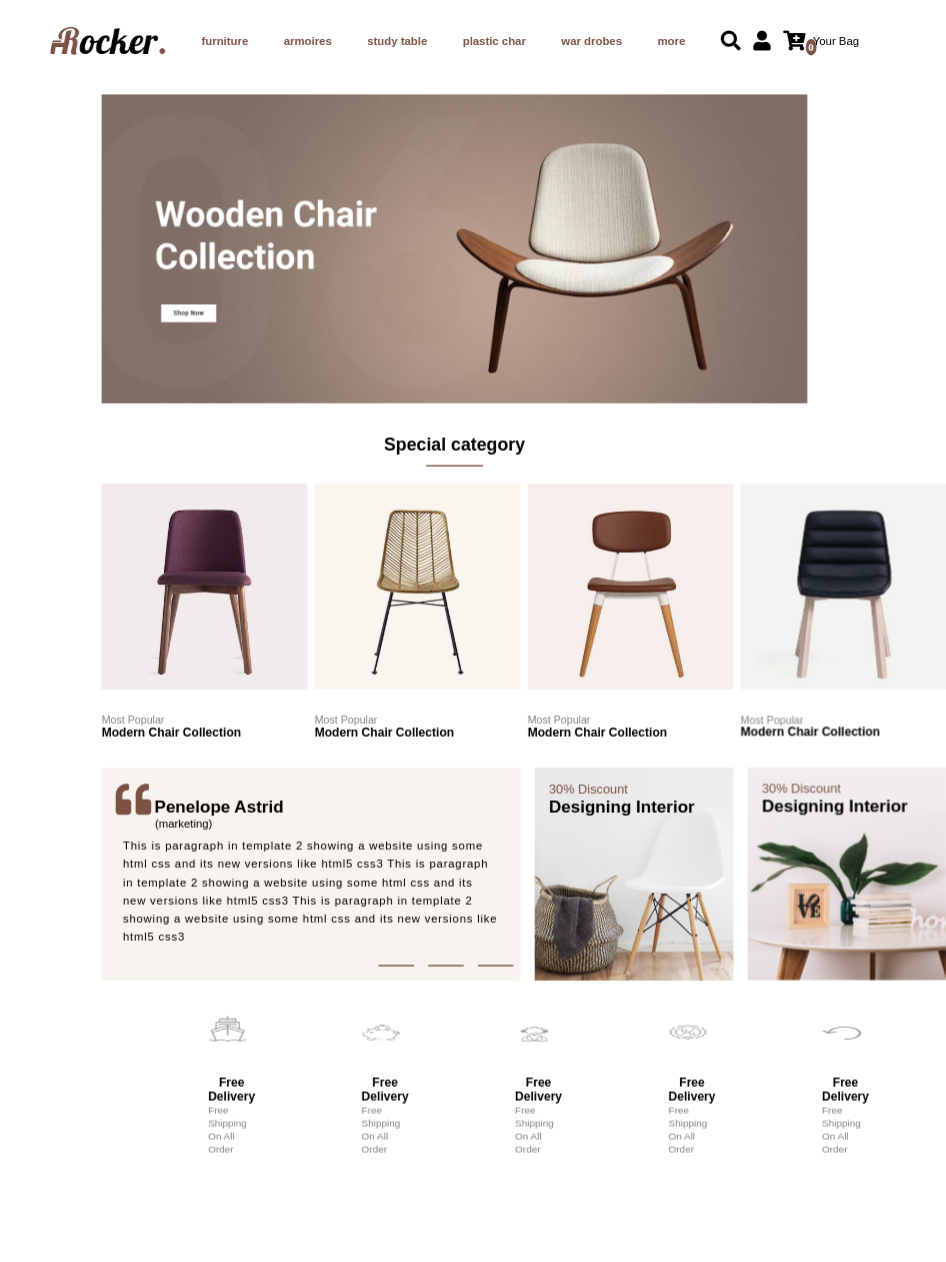
Repository: Ahmed123rezk123/p2-template
Page: index.html
The author's editor kept a copy of each file at every save. The page is drawn from the files as they stood at one save, then again after the next save.
The browser window is 1280 px wide. The page is 1333 px wide, so the pictures cover 1333 px, including what lies to the right of the window. The pictures show the whole page, at 71% of full size.

Above is the page before, as saved 2024-01-24 22:37:38.

### index.html
<!DOCTYPE html>
<html lang="en">
<head>
   <meta charset="UTF-8">
    <title>Project2</title>
  <link rel="stylesheet" href="css/style.css">
  <link rel="stylesheet" href="css/all.css">
</head>
<body>
    <!-- Header -->
    <header>
        <div class="container">
        <div class="logo">
            <a href="#"><img src="images/logo.png" alt="LOGO"></a>
        </div>
        <nav>
            <ul>
                <li><a href="#" class="active">furniture</a></li>
                <li><a href="#">armoires</a></li>
                <li><a href="#">study table</a></li>
                <li><a href="#">plastic char</a></li>
                <li><a href="#">war drobes</a></li>
                <li><a href="#">more</a></li>
            </ul>
            <div class="icons">
            <i class="fas fa-search"></i>
            <i class="fas fa-user"></i>
            <i class="fas fa-cart-plus i3"></i>
            </div>
        <span>Your Bag</span>
        </nav>
        </div>
    </header>
    <!-- Start Section 1 -->
    <section class="section1">
        <div class="container">
            <img src="images/main-banner-1-1600x700.jpg" alt="">
        </div>
    </section>
    <!-- End Section 1 -->
    <!-- Start Section 2 -->
    <section class="section2">
        <div class="container">
            <div class="div">
            <h2 class="specail">Special category</h2>
            <div class="line"></div>
            </div>
           <div class="parent1">
            <div class="div1">
                <img src="images/category-banner1.jpg" alt="">
                <p>Most Popular</p>
            <h3>Modern Chair Collection</h3>
            </div>
            <div class="div2">
                <img src="images/category-banner2.jpg" alt="">
                <p>Most Popular</p>
                <h3>Modern Chair Collection</h3></div>
            <div class="div3">
                <img src="images/category-banner3.jpg" alt="">
                <p>Most Popular</p>
                <h3>Modern Chair Collection</h3>
            </div>
            <div class="div4">
                <img src="images/category-banner4.jpg" alt="">
                <p>Most Popular</p>
                <h3>Modern Chair Collection</h3>
            </div>
            <div class="div5">
                <i class="fas fa-quote-left comma"></i>
                <h2>Penelope Astrid</h2>
                <span>(marketing)</span>
                <p>This is paragraph in template 2 showing a website using some html css and its new versions like html5 css3 This is paragraph in template 2 showing a website using some html css and its new versions like html5 css3 This is paragraph in template 2 showing a website using some html css and its new versions like html5 css3</p>
                <div class="child"></div>
            </div>
            <div class="div6"></div>
            <div class="div7">
                <p>30% Discount</p>
                <h2>Designing Interior</h2>
            </div>
            <div class="div8">
                <p>30% Discount</p>
                <h2>Designing Interior</h2>
            </div>
            <div class="parent2">
                <div class="div1-1">
                    <img src="images/icon1-1.png" alt="">
                    <div class="content-div1">
                    <h3>Free Delivery</h3>
                    <span>Free Shipping On All Order</span>
                </div>
                </div>
                <div class="div2-1">
                    <img src="images/icon2-1.png" alt="">
                    <div class="content-div2">
                        <h3>Free Delivery</h3>
                        <span>Free Shipping On All Order</span>
                    </div>
                </div>
                <div class="div3-1">
                    <img src="images/icon3-1.png" alt="">
                    <div class="content-div3">
                        <h3>Free Delivery</h3>
                        <span>Free Shipping On All Order</span>
                    </div>
                </div>
                <div class="div4-1">
                    <img src="images/icon4-1.png" alt="">
                    <div class="content-div4">
                        <h3>Free Delivery</h3>
                        <span>Free Shipping On All Order</span>
                    </div>
                </div>
                <div class="div5-1">
                    <img src="images/icon5-1.png" alt="">
                    <div class="content-div5">
                        <h3>Free Delivery</h3>
                        <span>Free Shipping On All Order</span>
                    </div>
                </div>
            </div>
           </div>
        </div>
    </section>
    <!-- End Section 2 -->
</body>
</html>

### css/style.css
/* Start variables */
:root {
    --maincolor: #7b5244;
    --subcolor: #333;
}
/* End variables */
/* Start Global Rules   */
* {
    -webkit-box-sizing: border-box;
    -moz-box-sizing: border-box;
    box-sizing: border-box;
   padding: 0;
   margin: 0;
}
body {
    font-family: Arial, Helvetica, sans-serif;
    perspective: 700px;
    transform-style: preserve-3d;
}
html {
    scroll-behavior: smooth;
}
ul {
    list-style: none;
}
.container {
    width: 80%;
    padding-left: 15px;
    padding-right: 15px;
    margin-left: auto;
    margin-right: auto;
}

/* Small */

@media(min-width: 768px) {
    .container {
       width: 750px;
    }
}

/* Medium */

@media(min-width: 992px) {
    .container {
        width: 970px;
    }
}

/* Large  */

@media(min-width: 1200px) {
    .container {
        width: 1170px;
    }
}
/* End Global Rules   */
/* Start Header */
header .container {
    display: flex;
    justify-content: space-between;
    align-items: center;
    position: relative;
    min-height: 97px;
 }
 header nav {
    flex: 1;
    display: flex;
    align-items: center;
    justify-content: flex-end;
}
 header nav ul {
    display: flex;

}
header nav ul li a {

    display: block;
    color: var(--maincolor);
    text-decoration: none;
    font-size: 16px;
    font-weight: bold;
    padding: 50px 0px;
    margin-right: 50px;
}

/* header nav ul li a:hover::before{
content: "";
position: absolute;
border-left: 2px solid var(--maincolor);
border-right: 2px solid var(--maincolor);
width: 60px;
height: 35px;

}  */
header nav .icons {
    font-weight: bold;
    font-size: 28px;
   word-spacing: 10px;
   margin-right: 10px;
}
header nav .icons .i3::after {
    position: absolute;
    content: "0";
    background-color: #7b5244;
    color: #fff;
    padding: 4px;
    border-radius: 50%;
    font-size: 15px;
    bottom: 40px;
    right: 75px;

}
/* End Header */


/* Start section 1 */
.section1 .container {
    width: 80%;
    position: relative;
    margin-top: 15px;
    margin-bottom: 40px;
    margin-left: auto;
    margin-right: auto;

}
.section1 .container img{
 width: 100%;
}
/* End section 1 */


/* Start Section 2 */
.section2 .container {
    width: 80%;
    position: relative;
}
.section2 .container .div {
    margin: 40px auto;
}
.section2 .container .specail {
    text-align: center;
    font-size: 25px;
}
.section2 .container .line {
 position: relative;
}
.section2 .container .line::before {
    content: "";
    position: absolute;
    width: 8%;
    height: 2px;
    background-color: var(--maincolor);
    top: 50%;
    left: 50%;
    transform: translate(-50%,-50%);
    margin: 15px 0;
    transition: .5s;
}
.section2 .container .div:hover  .line::before {
    content: "";
    position: absolute;
    width: 13%;
    height: 2px;
    background-color: var(--maincolor);
    top: 50%;
    left: 50%;
    transform: translate(-50%,-50%);
    margin: 15px 0;
}
.section2 .container .parent1 {
    width: 80%;
    display: grid;
    grid-template-columns: 200px 200px 200px 200px;
    grid-template-rows: 250px 250px;
   grid-gap: 150px 100px;
}
.section2 .container .parent1 img {
    width: 290px ;
    height: 290px;
    margin-bottom: 30px;
}
.section2 .container .parent1 p {
    color: gray;
    font-size: 15px;
}
.section2 .container .parent1 h3 {
    font-size: 17px;
}
.section2 .container .parent1 .div1,
.section2 .container .parent1 .div2,
.section2 .container .parent1 .div3,
.section2 .container .parent1 .div4 {
    position: relative;
}
.section2 .container .parent1 .div1:hover::before {
position: absolute;
content: " > ";
width: 30px;
height: 30px;
background-color: brown;
color: white;
text-align: center;
font-size: 25px;
top: 330px;
left: 260px;
}
.section2 .container .parent1 .div2:hover::before {
    position: absolute;
    content: " > ";
    width: 30px;
    height: 30px;
    background-color: brown;
    color: white;
    text-align: center;
    font-size: 25px;
    top: 330px;
    left: 260px;
}
.section2 .container .parent1 .div3:hover::before {
    position: absolute;
    content: " > ";
    width: 30px;
    height: 30px;
    background-color: brown;
    color: white;
    text-align: center;
    font-size: 25px;
    top: 330px;
    left: 260px;
    }
.section2 .container .parent1 .div4:hover::before {
    position: absolute;
    content: " > ";
    width: 30px;
    height: 30px;
    background-color: brown;
    color: white;
    text-align: center;
    font-size: 25px;
    top: 330px;
    left: 260px;
    }
    .section2 .container .parent1 .div5 {
        width: 590px;
        height: 300px;
        position: relative;
        background-color: #f7f3ef;
        padding: 20px;
        grid-column: 1 / 3;
        grid-row: 2 / 3;
    }
    .section2 .container .parent1 .div5 .comma {
       font-size: 50px;
       color: var(--maincolor);
    }
    .section2 .container .parent1 .div5 h2 {
        display: inline-flex;
    }
    .section2 .container .parent1 .div5 span {
        display: block;
        margin-left: 55px;
    }
    .section2 .container .parent1 .div5 p {
        margin: 10px;
        color: black;
        font-size: 16px;
        line-height: 1.6;
        letter-spacing: 1.1px;
    }
    .section2 .container .parent1 .div5::before {
        content: "";
        position: absolute;
        width: 50px;
        height: 2px;
        background-color: var(--maincolor);
        bottom: 20px;
        right: 10px;

    }
    .section2 .container .parent1 .div5::after {
        content: "";
        position: absolute;
        width: 50px;
        height: 2px;
        background-color: var(--maincolor);
        bottom: 20px;
        right: 80px;

    }
    .section2 .container .parent1 .div5 .child::before {
        content: "";
        position: absolute;
        width: 50px;
        height: 2px;
        background-color: var(--maincolor);
        bottom: 20px;
        right: 150px;

    }
    .section2 .container .parent1 .div7 {
        width: 280px;
        height: 300px;
        position: relative;
        background-image: url(../images/cms-banner-1.jpg);
        background-size: cover;
        margin-left: 10px;
        grid-column: 3 / 4;
        grid-row: 2 / 4;
        transition: .5s;
    }

    .section2 .container .parent1 .div8 {
        width: 280px;
        height: 300px;
        position: relative;
        background-image: url(../images/cms-banner-2.jpg);
        background-size: cover;
        margin-left: 10px;
        grid-column: 4 / 5;
        grid-row: 2 / 5;
        transition: .5s;
    }
    .section2 .container .parent1 .div7 p,
    .section2 .container .parent1 .div8 p {
        padding-left: 20px;
        padding-top: 20px;
        font-size: 18px;
        color: var(--maincolor);
    }
    .section2 .container .parent1 .div7 h2,
    .section2 .container .parent1 .div8 h2 {
        padding-left: 20px;
    }
    .section2 .container .parent1 .div7:hover,
    .section2 .container .parent1 .div8:hover
    {
        /* width: 280px;
        height: 300px; */
        transform: scale( 1.1 , 1.1 );
    }
    .section2 .container .parent1 .parent2 {
        position: relative;
        display: flex;
        justify-content: space-between;
        margin-top: -50px;
        margin-left: -150px;
    }

    .section2 .container .parent1 .parent2 .div1-1 {
        margin-right: 150px;
     }
    .section2 .container .parent1 .parent2 .div1-1 .content-div1 {


    }
    .section2 .container .parent1 .parent2 .div2-1 {
        margin-right: 150px;
     }
    .section2 .container .parent1 .parent2 .div2-1 .content-div2 {

    }
    .section2 .container .parent1 .parent2 .div3-1 {
        margin-right: 150px;
     }
    .section2 .container .parent1 .parent2 .div3-1 .content-div3 {


    }
    .section2 .container .parent1 .parent2 .div4-1 {
        margin-right: 150px;
     }
    .section2 .container .parent1 .parent2 .div4-1 .content-div4 {


    }
    .section2 .container .parent1 .parent2 .div5-1 {
        margin-right: 150px;
     }
    .section2 .container .parent1 .parent2 .div5-1 .content-div5 {


    }
    .section2 .container .parent1 .parent2 .div1-1 h3,
    .section2 .container .parent1 .parent2 .div2-1 h3,
    .section2 .container .parent1 .parent2 .div3-1 h3,
    .section2 .container .parent1 .parent2 .div4-1 h3,
    .section2 .container .parent1 .parent2 .div5-1 h3 {
        text-align: center;
    }
    .section2 .container .parent1 .parent2 .div1-1 span ,
    .section2 .container .parent1 .parent2 .div2-1 span ,
    .section2 .container .parent1 .parent2 .div3-1 span  ,
    .section2 .container .parent1 .parent2 .div4-1 span ,
    .section2 .container .parent1 .parent2 .div5-1 span  {
        color: gray;
        font-size: 14px;
    }
    .section2 .container .parent1 .parent2 img {
        width: 55px;
        height: 50px;
    }

/* End Section 2 */

Loaded but not shown: css/all.css (library)

After the next save:
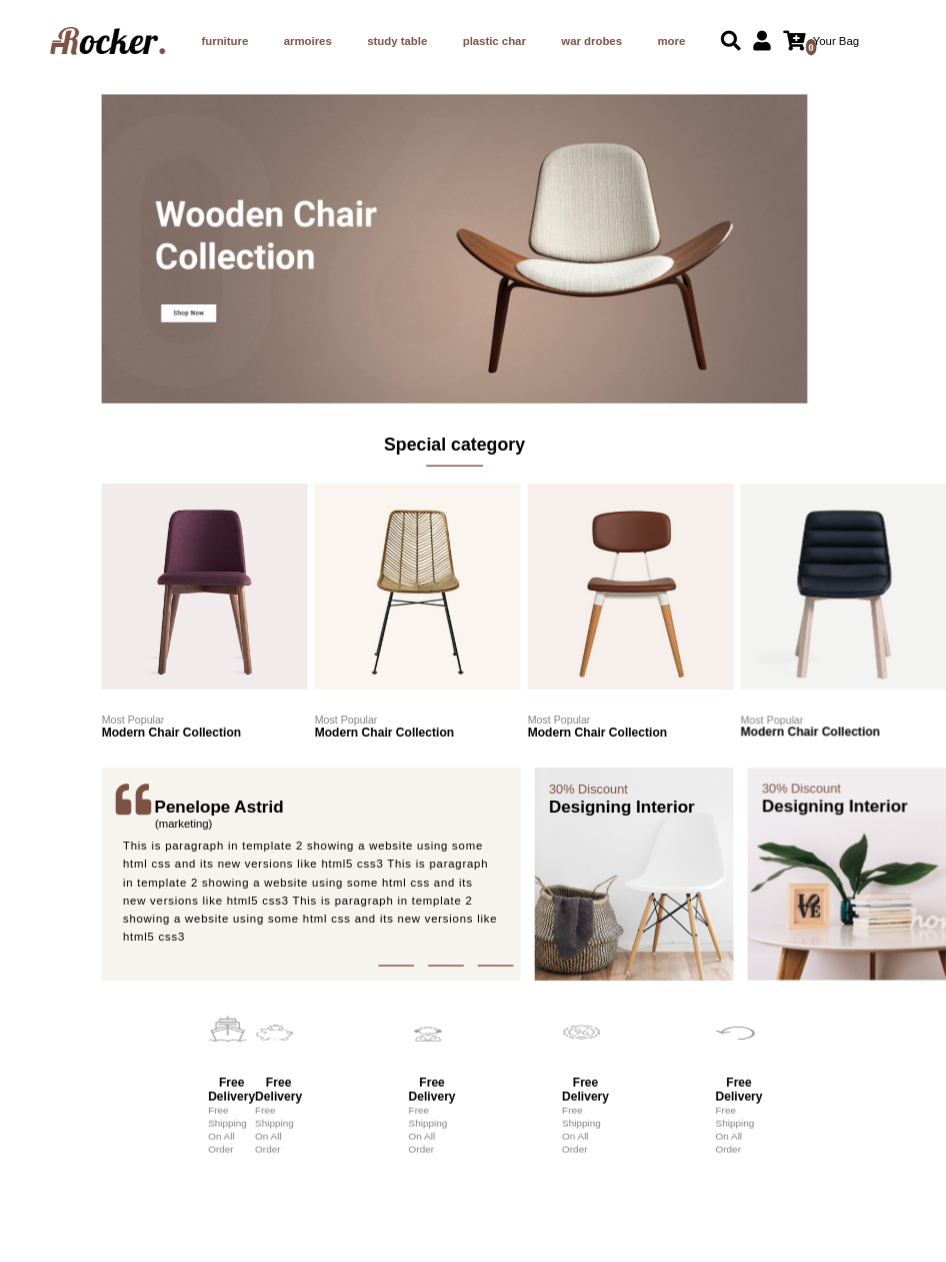
Saved 30 s later.
--- a/css/style.css
+++ b/css/style.css
@@ -347,7 +347,7 @@
         margin-left: -150px;
     }
 
-    .section2 .container .parent1 .parent2 .div1-1 {
+    .section2 .container .parent1 .parent2 .div1-1, {
         margin-right: 150px;
      }
     .section2 .container .parent1 .parent2 .div1-1 .content-div1 {

After the 6 saves that followed:
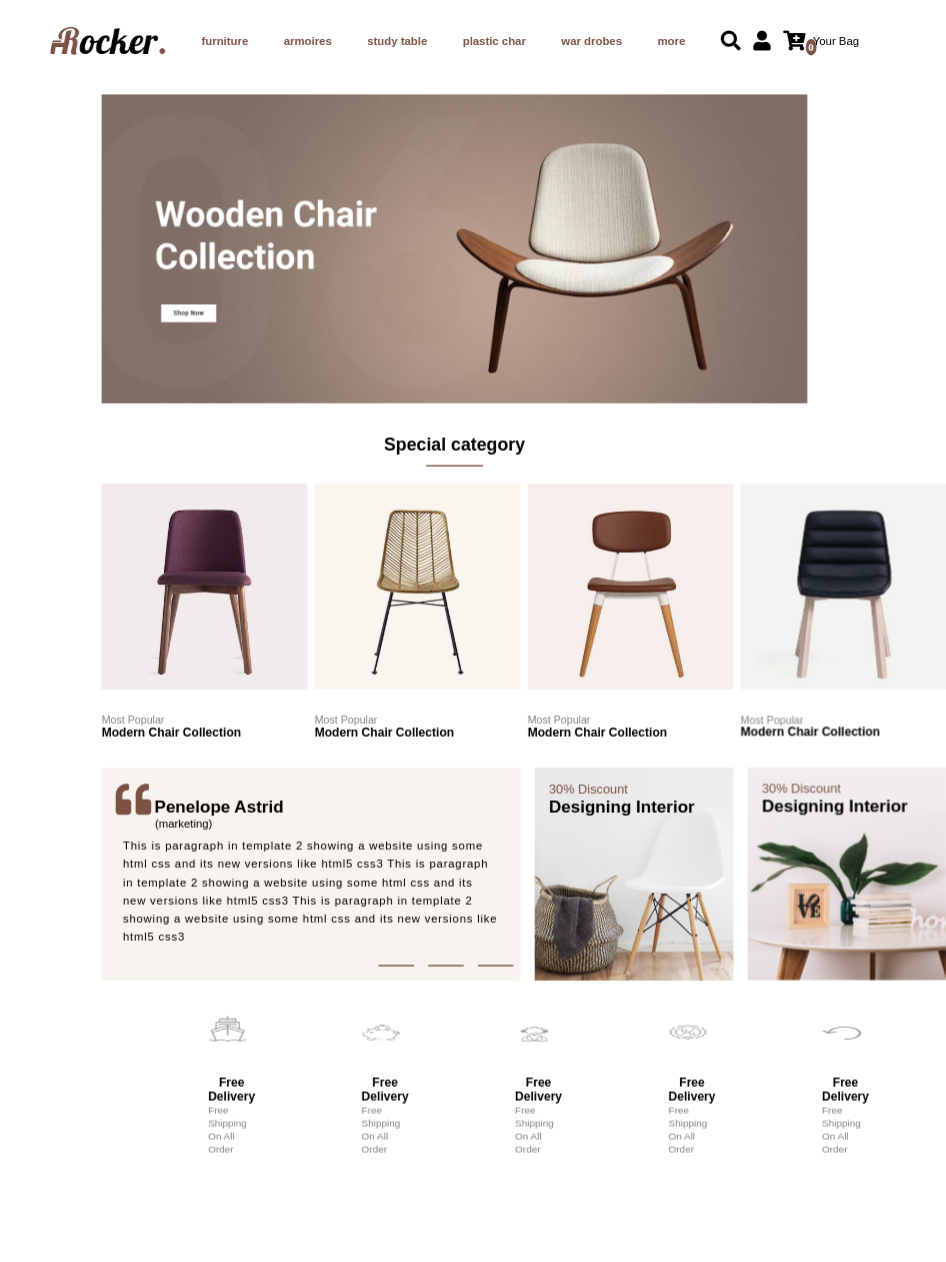
The 6 saves are shown as one change because they came seconds apart.
The last was saved 16 s later.
--- a/css/style.css
+++ b/css/style.css
@@ -347,7 +347,11 @@
         margin-left: -150px;
     }
 
-    .section2 .container .parent1 .parent2 .div1-1, {
+    .section2 .container .parent1 .parent2 .div1-1,
+    .section2 .container .parent1 .parent2 .div2-1,
+    .section2 .container .parent1 .parent2 .div-1,
+    .section2 .container .parent1 .parent2 .div1-1,
+    .section2 .container .parent1 .parent2 .div1-1 {
         margin-right: 150px;
      }
     .section2 .container .parent1 .parent2 .div1-1 .content-div1 {
